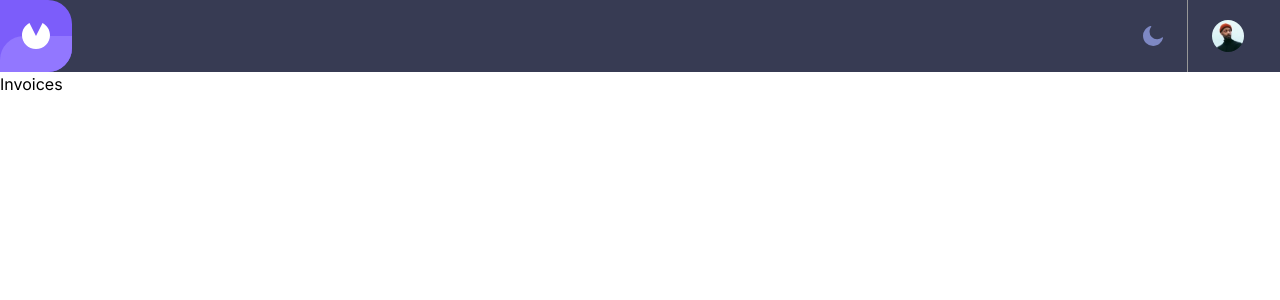
Repository: theoneswhodead/invoice-app
Page: /
The author's editor kept a copy of each file at every save. The page is drawn from the files as they stood at one save, then again after the next save.
The browser window is 1280 px wide. The pictures show the whole page.
The project was rebuilt for these pictures with package versions that can differ from the ones it lists, and the page was loaded fresh each time. The framework's server and built-in components were replaced by stand-ins that run in the browser. Also part of the build but not shown: next.config.mjs.

Above is the page before, as saved 2024-08-19 18:21:34.

### app/layout.tsx
import type { Metadata } from "next";
import { Inter } from "next/font/google";
import "./globals.css";

const inter = Inter({ subsets: ["latin"] });

export const metadata: Metadata = {
  title: "Invoice app<",
  description: "Invoice app",
};

export default function RootLayout({
  children,
}: Readonly<{
  children: React.ReactNode;
}>) {
  return (
    <html lang="en">
      <head>
        <link
            rel="icon"
            type="image/png"
            sizes="16x16"
            href="/favicon-32x32.png"
          />
      </head>
      <body className={inter.className}>{children}</body>
    </html>
  );
}

### app/page.tsx
import BarMenu from "./components/BarMenu";
import Invoices from "./components/Invoices";

export default function Home() {
  return (
    <main className="">
      <BarMenu />
      <Invoices />
    </main>
  );
}

### app/globals.css
@import url('https://fonts.googleapis.com/css2?family=League+Spartan:wght@100..900&display=swap');

@tailwind base;
@tailwind components;
@tailwind utilities;

### app/components/BarMenu.tsx
import React from 'react'
import Image from 'next/image'

const BarMenu = () => {
  return (
    <nav className='bg-gray h-[4.5rem] flex justify-between'>
      <div className='flex justify-between w-full'>
        <div className='bg-purple h-[4.5rem] w-[4.5rem] rounded-r-3xl relative'>

            <Image
                src="/logo.svg"
                width={28}
                height={26}
                alt="Logo"
                className='absolute top-1/2 left-1/2 translate-y-[-50%] translate-x-[-50%]'
            />
            <div className='bg-light_purple w-[4.5rem] h-[2.25rem] mt-[2.25rem] rounded-br-3xl rounded-tl-3xl'>

            </div>
        </div>
        <div>
            <Image
                src="/icon-moon.svg"
                width={20}
                height={20}
                alt="Theme Mode"
                className='mx-[1.5rem] my-[1.625rem] hover:cursor-pointer'
            />
        </div>
      </div>
      <div className='border-l border-light_gray w-[6.25rem]'>
        <Image
            src="/image-avatar.jpg"
            width={32}
            height={32}
            alt="Avatar"
            className='rounded-full my-[1.25rem] mx-[1.5rem]'
        />
      </div>
    </nav>
  )
}

export default BarMenu

### app/components/Invoices.tsx
import React from 'react'

const Invoices = () => {
  return (
    <div>
      Invoices
    </div>
  )
}

export default Invoices

### tailwind.config.ts
import type { Config } from "tailwindcss";

const config: Config = {
  content: [
    "./pages/**/*.{js,ts,jsx,tsx,mdx}",
    "./components/**/*.{js,ts,jsx,tsx,mdx}",
    "./app/**/*.{js,ts,jsx,tsx,mdx}",
  ],
  darkMode: 'selector',
  theme: {
    extend: {
      colors: {
        "purple": "#7C5DFA",
        "light_purple": "#9277FF",
        "charcoal_blue": "#1E2139",
        "charcoal_gray": "#252945",
        "lavender_blue": "#DFE3FA",
        "cool_gray": "#888EB0",
        "wild_blue_yonder": "#7E88C3",
        "gunmetal": "#0C0E16",
        "coral_red": "#EC5757",
        "periwinkle": "#9277FF",
        "off_white": "#F8F8FB",
        "rich_black": "#141625",
        "gray": "#373B53",
        "light_gray": "#979797"
      },
      fontFamily: {
        Leagie_Spartan: ["League Spartan", "sans-serif"],
      },
      screens: {
        xxs: "280px",
        xs: "375px",
        ss: "580px",
        sm: "768px",
        md: "1060px",
        lg: "1440px",
        xl: "1700px",
      },
    },
  },
  plugins: [],
};
export default config;

After the next save:
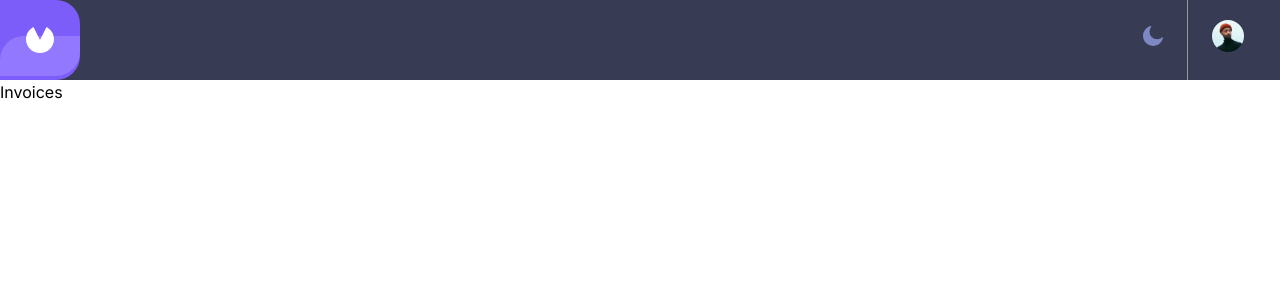
Saved 46 h 33 min later.
--- a/app/components/BarMenu.tsx
+++ b/app/components/BarMenu.tsx
@@ -3,9 +3,9 @@ import Image from 'next/image'
 
 const BarMenu = () => {
   return (
-    <nav className='bg-gray h-[4.5rem] flex justify-between'>
+    <nav className='bg-gray h-[4.5rem] sm:h-[5rem] flex justify-between'>
       <div className='flex justify-between w-full'>
-        <div className='bg-purple h-[4.5rem] w-[4.5rem] rounded-r-3xl relative'>
+        <div className='bg-purple h-[4.5rem] w-[4.5rem] sm:w-[5rem] sm:h-[5rem] rounded-r-3xl relative'>
 
             <Image
                 src="/logo.svg"
@@ -14,7 +14,7 @@ const BarMenu = () => {
                 alt="Logo"
                 className='absolute top-1/2 left-1/2 translate-y-[-50%] translate-x-[-50%]'
             />
-            <div className='bg-light_purple w-[4.5rem] h-[2.25rem] mt-[2.25rem] rounded-br-3xl rounded-tl-3xl'>
+            <div className='bg-light_purple w-[4.5rem] h-[2.25rem] sm:w-[5rem] sm:h-[2.5rem] mt-[2.25rem] rounded-br-3xl rounded-tl-3xl'>
 
             </div>
         </div>
